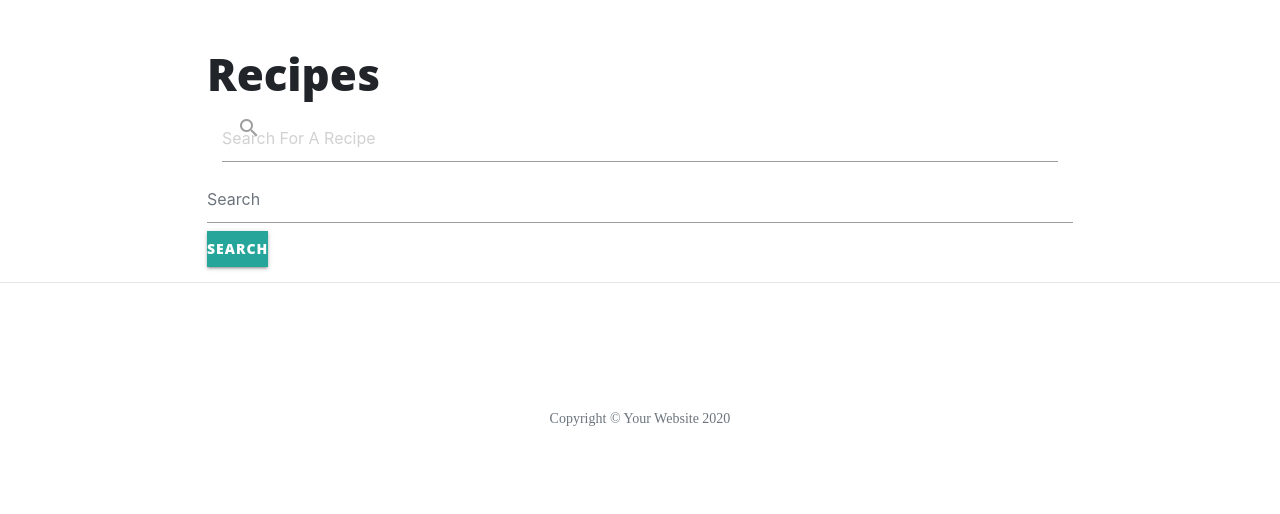
Repository: saffiya/cookbook
Page: http://localhost/recipes
The author's editor kept a record of every edit. The page is drawn from the files as they stood at one moment, then again after the next edit.
The browser window is 1280 px wide. The pictures show the part of the page from y = 674 to 1188 px (the page is 1188 px tall before and 1083 px after).
The page is served by the project's application, run on Flask 3 (app.py). Other server files are loaded and not shown. Queries for data that is not in the repository find no rows.

Above is the page before.

### templates/recipes.html
{% extends 'base.html' %} {% block content %}

<h3>{{ page_title }}</h3>

<div class="search-bar col-lg-12">
    <form action=" method="POST">
        <div class="input-field">
            <input id="search" name="search" type="search" placeholder="Search For A Recipe" required>
            <label class="label-icon" for="search"><i class="material-icons">search</i></label>
            <i class="material-icons">close</i>
        </div>
    </form>
</div>
<div class="search_bar">
   <form action="{{ url_for('search') }}" method="POST" form-inline my-2 my-lg-0">
      <input class="form-control mr-sm-2" type="search" placeholder="Search" aria-label="Search">
      <button class="btn btn-outline-success my-2 my-sm-0" type="submit">Search</button>
    </form>
</div>
<link rel="stylesheet " href="{{ url_for( 'static', filename='css/style.css' ) }} " type="text/css " /> {% for recipe in recipes %}

<div class="row featurette ">

    {% if loop.index % 2 != 0 %}
    <div class="col-md-7 ">
        <h4><a href="{{ url_for( 'recipes_recipe', recipe_id=recipe._id, sluggify_url=recipe.sluggify_url) }} ">{{ loop.index }}. {{ recipe.name }}</a></h4>
        <h6>{{ recipe.time }} Minutes</h6>
        <h6>Serves {{ recipe.serves }}</h6>
        <h6>{{ recipe.difficulty }}</h6>
        <p>
            {{ recipe.description }}
        </p>
    </div>

    <div class="col-md-5 ">
        <img class="featurette-image img-responsive " src="{{ recipe.image_source }} ">
    </div>
    {% else %}

    <div class="col-md-5 ">
        <img class="featurette-image img-responsive " src="{{ recipe.image_source }} ">
    </div>
    <div class="col-md-7 ">
        <h4><a href="{{ url_for( 'recipes_recipe', recipe_id=recipe._id, sluggify_url=recipe.sluggify_url) }} ">{{ loop.index }}. {{ recipe.name }}</a></h4>
        <h6>{{ recipe.time }} Minutes</h6>
        <h6>Serves {{ recipe.serves }}</h6>
        <h6>{{ recipe.difficulty }}</h6>
        <p>
            {{ recipe.description }}
        </p>
    </div>
    {% endif %}

</div>
<hr class="featurette-divider "> {% endfor %} {% endblock %}

### templates/base.html
<!DOCTYPE html>
<html lang="en">

<head>
    <meta charset="UTF-8">
    <meta name="viewport" content="width=device-width, initial-scale=1.0">
    <meta http-equiv="X-UA-Compatible" content="ie=edge">
    <link rel="stylesheet" href="{{ url_for('static', filename='vendor/bootstrap/css/bootstrap.min.css') }}">
    <link href="https://fonts.googleapis.com/icon?family=Material+Icons" rel="stylesheet">
    <link rel="stylesheet" href="https://cdnjs.cloudflare.com/ajax/libs/materialize/1.0.0/css/materialize.min.css">
    <link rel="stylesheet" href="{{ url_for('static', filename='css/clean-blog.min.css') }}" type="text/css" />
    <link rel="stylesheet" href="{{ url_for('static', filename='css/style.css') }}" type="text/css" />


    <title>Home Page</title>
</head>

<body>
    <!--Navigation-->
    <nav class="navbar navbar-expand-lg navbar-light fixed-top" id="mainNav">
        <div class="container">
            <a class="navbar-brand navbar-brand" href="{{ url_for('index') }}">Healthy Recipes</a>
            <button class="navbar-toggler navbar-toggler-right" type="button" data-toggle="collapse" data-target="#navbarResponsive" aria-controls="navbarResponsive" aria-expanded="false" aria-label="Toggle navigation">
         Menu
         <i class="fas fa-bars"></i>
             </button>
            <div class="collapse navbar-collapse" id="navbarResponsive">
                <ul class="navbar-nav ml-auto">
                    <li class="nav-item">
                        <a class="nav-link" href="{{ url_for('index') }}">Home</a>
                    </li>
                    <li class="nav-item">
                        <a class="nav-link" href="{{ url_for('recipes') }}"> Recipes</a>
                    </li>
                    <li class="nav-item">
                        <a class="nav-link" href="{{ url_for('products') }}">Our Products</a>
                    </li>
                    {% if session.user %}
                    <li class="nav-item hidden-md-down">
                        <a class="nav-link" href="{{url_for('logout')}}">Logout</a>
                    </li>
                    {% else %}
                    <li class="nav-item hidden-md-down {% if 'register' in request.path %} active {% endif %}">
                        <a class="nav-link" href="{{url_for('register')}}">Register</a>
                    </li>
                    <li class="nav-item hidden-md-down {% if 'login' in request.path %} active {% endif %}">
                        <a class="nav-link" href="{{url_for('login')}}">Login</a>
                    </li>
                    {% endif %}
                </ul>
            </div>
        </div>
    </nav>


    <!-- Page Header -->
    {% if session.user %}
    <header class="masthead" style="background-image: url('{{ url_for('static', filename='img/spices_background.jpeg') }}')">
        <div class="overlay"></div>
        <div class="container">
            <div class="row">
                <div class="col-lg-8 col-md-10 mx-auto">
                    <div class="site-heading">
                        <h2>Healthy Recipes</h2>
                        <span class="subheading">Clean, healthy recipes to spice up your life. Enjoy our collection of healthy recipes and if you have any that you'd like to share click the button below. To make your life even easier, check out our products page for our range of kitchen tools.
                        </span>
                        <div class="button">
                            <a class="waves-effect waves-light btn" href="{{ url_for('addrecipe') }}">Add Recipe</a>
                        </div>
                    </div>
                </div>
            </div>
        </div>
    </header>
    {% else %}
    <header class="masthead" style="background-image: url('{{ url_for('static', filename='img/spices_background.jpeg') }}')">
        <div class="overlay"></div>
        <div class="container">
            <div class="row">
                <div class="col-lg-8 col-md-10 mx-auto">
                    <div class="site-heading">
                        <h2>Healthy Recipes</h2>
                        <span class="subheading">Clean, healthy recipes to spice up your life. Enjoy our collection of healthy recipes and if you have any that you'd like to share please log in and add your personal favourites. To make your life even easier, check out our products page for our range of kitchen tools. </span>
                    </div>
                </div>
            </div>
        </div>
    </header>
    {% endif %}

    <!-- Main Content -->
    <div class="container">

        {% block content %} {% endblock %}

    </div>

    <hr>

    <!-- Footer -->
    <footer>
        <div class="container">
            <div class="row">
                <div class="col-lg-8 col-md-10 mx-auto">
                    <ul class="list-inline text-center">
                        <li class="list-inline-item">
                            <a href="#">
                <span class="fa-stack fa-lg">
                  <i class="fas fa-circle fa-stack-2x"></i>
                  <i class="fab fa-twitter fa-stack-1x fa-inverse"></i>
                </span>
              </a>
                        </li>
                        <li class="list-inline-item">
                            <a href="#">
                <span class="fa-stack fa-lg">
                  <i class="fas fa-circle fa-stack-2x"></i>
                  <i class="fab fa-facebook-f fa-stack-1x fa-inverse"></i>
                </span>
              </a>
                        </li>
                        <li class="list-inline-item">
                            <a href="#">
                <span class="fa-stack fa-lg">
                  <i class="fas fa-circle fa-stack-2x"></i>
                  <i class="fab fa-github fa-stack-1x fa-inverse"></i>
                </span>
              </a>
                        </li>
                    </ul>
                    <p class="copyright text-muted">Copyright &copy; Your Website 2020</p>
                </div>
            </div>
        </div>
    </footer>

    <!-- Bootstrap core JavaScript -->
    <script src="{{ url_for('static', filename='vendor/jquery/jquery.min.js') }}"></script>
    <script src="{{ url_for('static', filename='vendor/bootstrap/js/bootstrap.bundle.min.js') }}"></script>

    <!-- Materialize -->
    <script src="https://cdnjs.cloudflare.com/ajax/libs/materialize/1.0.0/js/materialize.min.js"></script>
    <script type="text/javascript">
        $(document).ready(function() { $('select').formSelect(); });
    </script>


    <!-- Custom scripts for this template -->
    <script src="{{ url_for('static', filename='js/clean-blog.min.js') }}"></script>


</body>

</html>

### app.py
import os
import json
from flask import Flask, render_template, redirect, request, session, url_for, flash
from flask_pymongo import PyMongo
from bson.objectid import ObjectId
from slugify import slugify
from werkzeug.security import generate_password_hash, check_password_hash



app = Flask(__name__)
app.config["MONGO_DBNAME"] = 'cookbook'
app.config["MONGO_URI"] = 'mongodb+srv://saffiya:St4rl1ght@myfirstcluster-ysd9s.mongodb.net/cookbook?retryWrites=true&w=majority'
app.config['SECRET_KEY'] = "secretkey"

mongo = PyMongo(app)

@app.route('/')

@app.route("/")
def index():
    return render_template("index.html")

@app.route("/products")
def products():
    return render_template("products.html", page_title="Our Products")

@app.route("/addrecipe.html")
def addrecipe():
    return render_template("addrecipe.html",
    categories=mongo.db.categories.find(), page_title="Add A Recipe")

@app.route('/edit_recipe/<recipe_id>')
def edit_recipe(recipe_id):
	the_recipe = mongo.db.recipes.find_one({"_id": ObjectId(recipe_id)})
	all_categories = mongo.db.categories.find()
	return render_template('editrecipe.html', recipe=the_recipe, categories=all_categories, page_title="Edit Recipe")

@app.route('/update_recipe/<recipe_id>', methods=["POST"])
def update_recipe(recipe_id):
	user_request = request.form.to_dict()
	recipes = mongo.db.recipes
	recipes.update( {'_id': ObjectId(recipe_id)},
	{
		'name':user_request['name'],
		'time':user_request['time'],
		'serves':user_request['serves'],
		'difficulty':user_request['difficulty'],
		'category_name':user_request['category_name'],
		'description':user_request['description'],
		'image_source':user_request['image_source'],
		'ingredients':user_request['ingredients'],
		'method_one':user_request['method_one'],
		'method_two':user_request['method_two'],
		'method_three':user_request['method_three'],
		'method_four':user_request['method_four'],
	})
	return redirect(url_for('recipes'))

@app.route('/delete_recipe/<recipe_id>')
def delete_recipe(recipe_id):
	mongo.db.recipes.remove({'_id': ObjectId(recipe_id)})
	return redirect(url_for('recipes'))

@app.route('/search', methods=['GET'])
def search():
	recipes = mongo.db.recipes.find({ 'name': { '$regex': request.args.get('q'), '$options': 'i' } })
	return render_template("recipes.html", page_title="Recipes", recipes=recipes)

@app.route('/search_ingredients', methods=['GET'])
def search_ingredients():
	recipes = mongo.db.recipes.find({ 'ingredients': { '$regex': request.args.get('q'), '$options': 'i' } })
	return render_template("recipes.html", page_title="Recipes", recipes=recipes)


@app.route('/insert_recipe', methods=['POST'])
def insert_recipe():
    sluggify_url = slugify(request.form.get("name"))
    recipes = mongo.db.recipes
    recipe_id = recipes.insert_one(request.form.to_dict())
    myrecipe = { }
    recipe = mongo.db.recipes.find_one_and_update({'_id': ObjectId(recipe_id.inserted_id)}, {'$set': {'sluggify_url': sluggify_url}})
    recipe = mongo.db.recipes.find_one_and_update({'_id': ObjectId(recipe_id.inserted_id)}, {'$set': {'author': session['user']}})

    return redirect(url_for('recipes_recipe', recipe_id = recipe_id.inserted_id, sluggify_url = sluggify_url))


@app.route("/recipes")
def recipes():
    recipes = mongo.db.recipes.find()
    return render_template("recipes.html", page_title="Recipes", recipes=recipes)

@app.route("/recipes/<recipe_id>/<sluggify_url>")
def recipes_recipe(recipe_id, sluggify_url):
    recipe = mongo.db.recipes.find_one({"_id": ObjectId(recipe_id)})
    return render_template("recipe.html", recipe=recipe)


# Login
@app.route('/login', methods=['GET'])
def login():
	# Check if user is not logged in already
	if 'user' in session:
		user_in_db = mongo.db.users.find_one({"username": session['user']})
		if user_in_db:
			# If so redirect user to his profile
			flash("You are logged in already!")
			return redirect(url_for('profile', user=user_in_db['username']))
	else:
		# Render the page for user to be able to log in
		return render_template("login.html")

# Check user login details from login form
@app.route('/user_auth', methods=['POST'])
def user_auth():
	form = request.form.to_dict()
	user_in_db = mongo.db.users.find_one({"username": form['username']})
	# Check for user in database
	if user_in_db:
		# If passwords match (hashed / real password)
		if check_password_hash(user_in_db['password'], form['user_password']):
			# Log user in (add to session)
			session['user'] = form['username']
			# If the user is admin redirect him to admin area
			if session['user'] == "admin":
				return redirect(url_for('admin'))
			else:
				flash("You were logged in!")
				return redirect(url_for('profile', user=user_in_db['username']))

		else:
			flash("Wrong password or user name!")
			return redirect(url_for('login'))
	else:
		flash("You must be registered!")
		return redirect(url_for('register'))

# Sign up
@app.route('/register', methods=['GET', 'POST'])
def register():
	# Check if user is not logged in already
	if 'user' in session:
		flash('You are already sign in!')
		return redirect(url_for('index'))
	if request.method == 'POST':
		form = request.form.to_dict()
		# Check if the password and password1 actualy match
		if form['user_password'] == form['user_password1']:
			# If so try to find the user in db
			user = mongo.db.users.find_one({"username" : form['username']})
			if user:
				flash(f"{form['username']} already exists!")
				return redirect(url_for('register'))
			# If user does not exist register new user
			else:
				# Hash password
				hash_pass = generate_password_hash(form['user_password'])
				#Create new user with hashed password
				mongo.db.users.insert_one(
					{
						'username': form['username'],
						'email': form['email'],
						'password': hash_pass
					}
				)
				# Check if user is actualy saved
				user_in_db = mongo.db.users.find_one({"username": form['username']})
				if user_in_db:
					# Log user in (add to session)
					session['user'] = user_in_db['username']
					return redirect(url_for('profile', user=user_in_db['username']))
				else:
					flash("There was a problem savaing your profile")
					return redirect(url_for('register'))

		else:
			flash("Passwords dont match!")
			return redirect(url_for('register'))

	return render_template("register.html")

# Log out
@app.route('/logout')
def logout():
	# Clear the session
	session.clear()
	flash('You were logged out!')
	return redirect(url_for('index'))

# Profile Page
@app.route('/profile/<user>')
def profile(user):
	# Check if user is logged in
	if 'user' in session:
		# If so get the user and pass him to template for now
		user_in_db = mongo.db.users.find_one({"username": user})
		recipes = mongo.db.recipe.find({"author": session['user']})
		return render_template('profile.html', user=user_in_db, recipes=recipes)
	else:
		flash("You must be logged in!")
		return redirect(url_for('index'))

if __name__ == '__main__':
    app.run(host=os.environ.get('IP'),
        port=int(os.environ.get('PORT')),
        debug=True)

### static/css/style.css
.col-md-5 img {
    width: inherit;
}

.btn {
    padding: 0px 0px;
}

.btn_small {
    margin: 5px 5px;
    padding: 0 0.5em;
}

#alerts {
    position: absolute;
    display: none;
    min-height: 50px;
    top: 95%;
    left: 0;
    z-index: 999;
    background-color: rgba(0, 0, 0, 0.5);
    color: #ffffff;
}

#alerts p {
    margin: 10px 0px;
}

@media only screen and (min-width:992px) {
    #mainNav {
        border-bottom: 1px solid transparent;
        background: 0 0
    }
    #mainNav .navbar-brand {
        padding: 0px 10px;
        color: #fff
    }
    #mainNav .navbar-brand:focus,
    #mainNav .navbar-brand:hover {
        color: rgba(255, 255, 255, .8)
    }
    #mainNav .navbar-nav>li.nav-item>a {
        padding: 10px 10px;
        color: #fff
    }
    #mainNav .navbar-nav>li.nav-item>a:focus,
    #mainNav .navbar-nav>li.nav-item>a:hover {
        color: rgba(255, 255, 255, .8)
    }
}

/* ------ All screens smaller then an IPad (768 x 1024)----*/

/* ---- index.html main text---- */
@media (max-width:768px) {
    .intro-text {
        color: #212529;
        font-style: italic;
        text-align: center;
        font-size: initial;
    }
}

@media (min-width:768px) {
    .intro-title {
        text-align: center;
    }

    .intro-text {
        color: #212529;
        font-style: italic;
        text-align: center;
    }
}

Loaded but not shown: static/css/clean-blog.min.css (library); static/js/clean-blog.min.js (common file)

After the next edit:
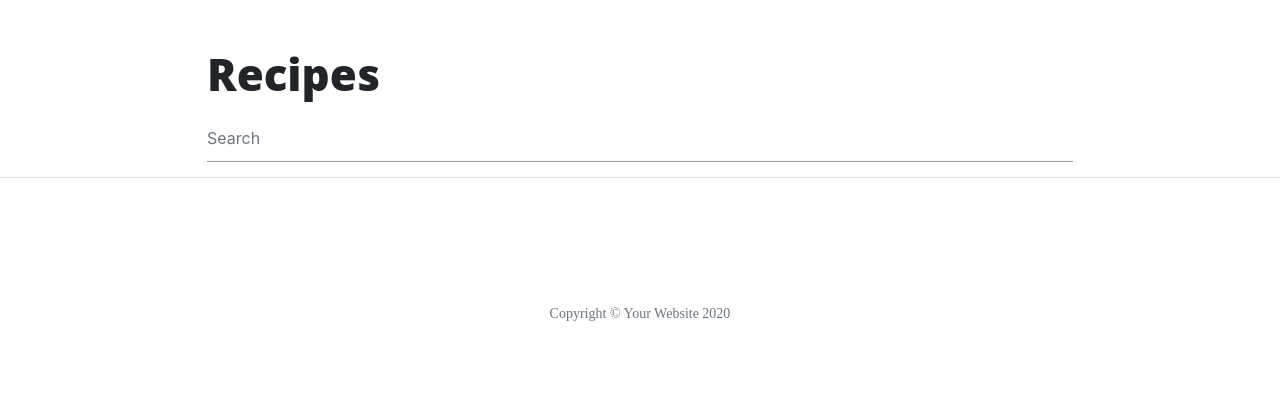
The edit:
--- a/templates/recipes.html
+++ b/templates/recipes.html
@@ -2,19 +2,10 @@
 
 <h3>{{ page_title }}</h3>
 
-<div class="search-bar col-lg-12">
-    <form action=" method="POST">
-        <div class="input-field">
-            <input id="search" name="search" type="search" placeholder="Search For A Recipe" required>
-            <label class="label-icon" for="search"><i class="material-icons">search</i></label>
-            <i class="material-icons">close</i>
-        </div>
-    </form>
-</div>
+
 <div class="search_bar">
-   <form action="{{ url_for('search') }}" method="POST" form-inline my-2 my-lg-0">
-      <input class="form-control mr-sm-2" type="search" placeholder="Search" aria-label="Search">
-      <button class="btn btn-outline-success my-2 my-sm-0" type="submit">Search</button>
+   <form action="{{ url_for('search') }}", "{{ url_for('search_ingredients') }}"class="form-inline my-2 my-lg-0">
+      <input class="form-control mr-sm-2"  name="q" id="q" type="search" placeholder="Search" aria-label="Search">
     </form>
 </div>
 <link rel="stylesheet " href="{{ url_for( 'static', filename='css/style.css' ) }} " type="text/css " /> {% for recipe in recipes %}
